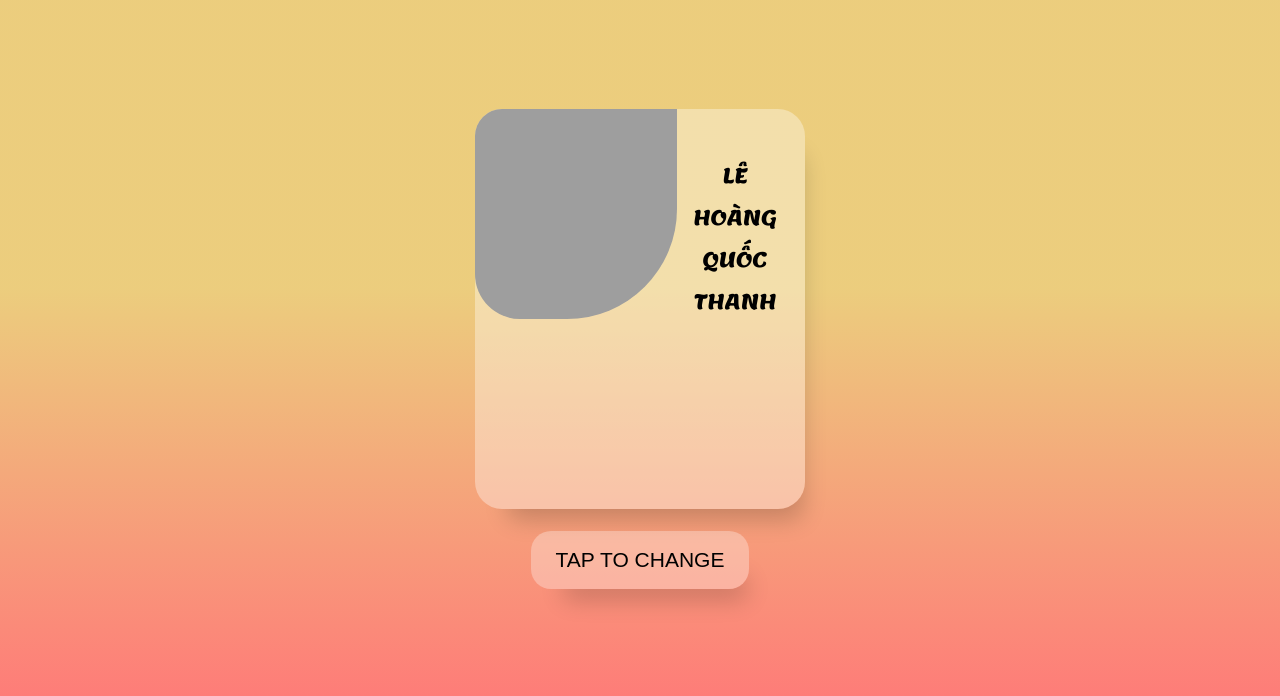
Repository: ThanhThn/profile
Page: index.html
These files come from the project's save history. The page is drawn as it stood at one moment and after the next save; the edit follows.
The browser window is 1280 px wide. The pictures show the whole page.
Pictures or frames that could not be fetched are drawn as grey boxes. Some web fonts or font styles are not loaded; a fallback is used.

Above is the page before, as saved 2022-12-05 19:58:54.
Console error: TypeError: Cannot set properties of undefined (setting 'innerHTML')

### index.html
<!DOCTYPE html>
<html lang="en">
<head>
    <meta charset="UTF-8">
    <meta http-equiv="X-UA-Compatible" content="IE=edge">
    <meta name="viewport" content="width=device-width, initial-scale=1.0">
    <title>Document</title>
    <link rel="stylesheet" href="style.css">
</head>
<body>
    <div class="container">
        <div class="content">
            <img src="avata.jpg" alt="avatar">
            <span class="name">LÊ hoàng quốc thanh</span>
            <span class="age" ></span>
        </div>
        <button class="btn">tap to change</button>
    </div>

    <script>
        var ages = new Date().getFullYear() - 2003;
        var text = document.querySelector(".age");
        console.log(Object.values(text));
        for(let i = 0; i < Object.keys(text).length+1; i++){
            text[i].innerHTML = `age: ${ages}`;
        }
    </script>
</body>
</html>

### style.css
@import url('https://fonts.googleapis.com/css2?family=Kodchasan:wght@700&family=Lemonada:wght@300;600;700&family=Pacifico&display=swap');
*{
    padding: 0;
    margin: 0;
    box-sizing: border-box;
}

body{
    background:  linear-gradient( to bottom, rgba(223, 172,39,60%) 40%, rgba(255,22,22,58%) 100% );
    width: 100%;
    height: 100vh;
}
.container{
    position: absolute;
    top: 50%;
    left: 50%;
    transform: translate(-50%, -50%);
    display: flex;
    flex-direction: column;
    align-items: center;
}

.content{
    width: 330px;
    height: 400px;
    background: rgba(255, 255, 255, 35%);
    border-radius: 27px;
    box-shadow: rgba(0, 0, 0, .2) 15px 28px 25px -18px;
}

.content img{
    width: 202px;
    height: 210px;
    border-radius: 27px 0 110px 45px;
    object-fit: cover;
    object-position: -32px 0;
}
span{
    width: 104px;
    font-size: 21px;
    text-transform: uppercase;
    font-weight: 700;
    font-family: 'Lemonada', cursive;
}
.content .name{
    position: absolute;
    text-align: center;
    top: 46px;
    left: 208px;
}

.btn{
    background: rgba(255, 255, 255, .3);
    width: 218px;
    height: 58px;
    border-radius: 20px;
    border: none;
    margin: 22px;
    font-family: 'Kodchasan', sans-serif;
    font-size: 21px;
    text-transform: uppercase;
    box-shadow: rgba(0, 0, 0, .2) 15px 28px 25px -18px;
    background-position: 0 90%;
    background-repeat: repeat no-repeat;

}

.btn:hover {
    box-shadow: rgba(0, 0, 0, .3) 2px 8px 8px -5px;
    transform: translate3d(0, 2px, 0);
}


.btn:focus {
  box-shadow: rgba(0, 0, 0, .3) 2px 8px 4px -6px;
}

After the next save:
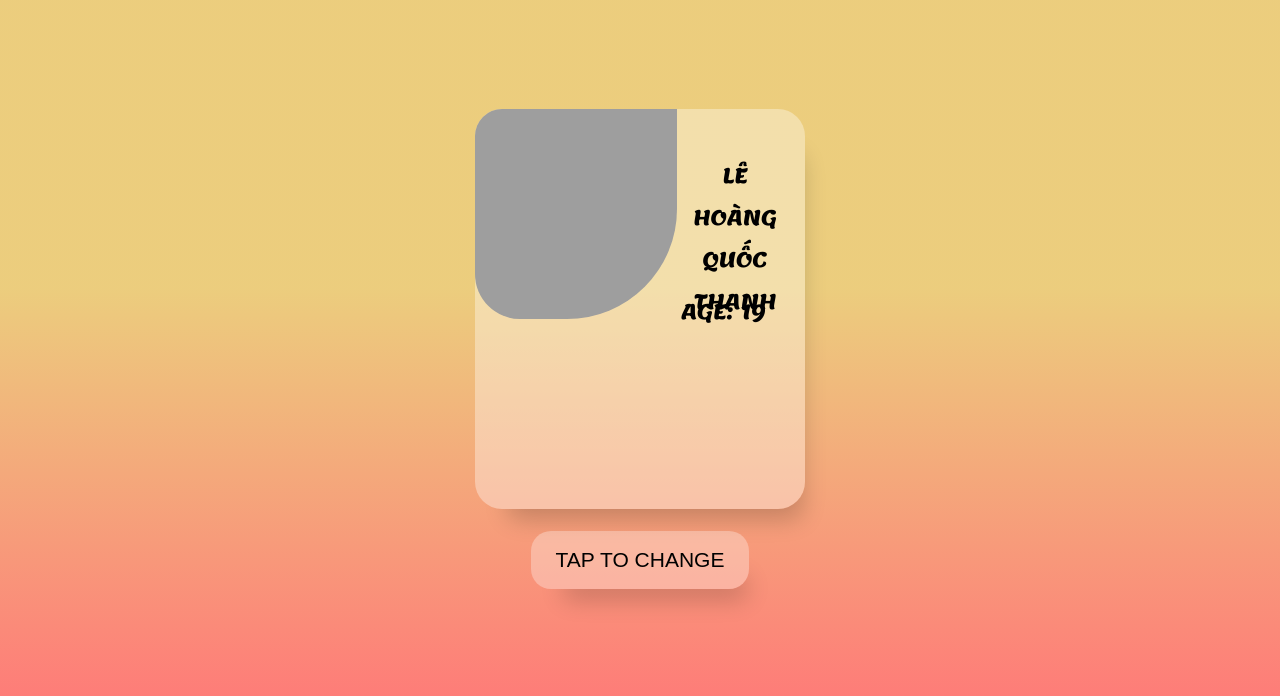
Saved 23 s later.
--- a/index.html
+++ b/index.html
@@ -19,8 +19,7 @@
 
     <script>
         var ages = new Date().getFullYear() - 2003;
-        var text = document.querySelector(".age");
-        console.log(Object.values(text));
+        var text = document.getElementsByClassName("age");
         for(let i = 0; i < Object.keys(text).length+1; i++){
             text[i].innerHTML = `age: ${ages}`;
         }
